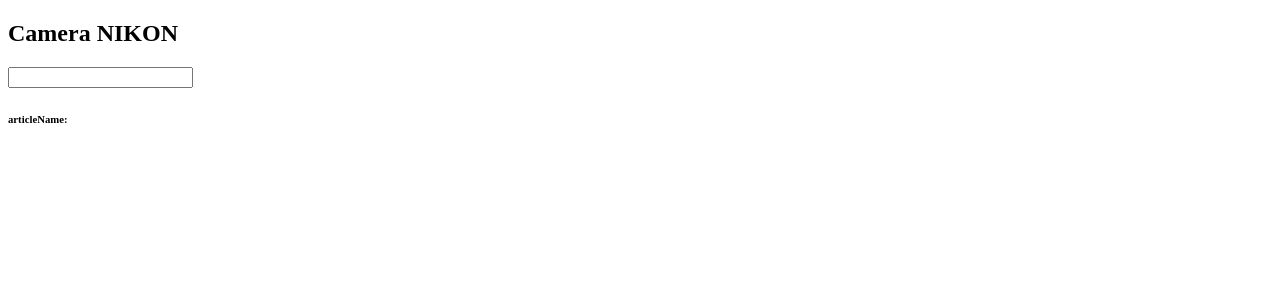
Repository: FS-23/react-get-started-demos
Page: /
An editor plug-in stored every save of this project. The page is shown before and after the next save, followed by the edit.
The browser window is 1280 px wide. The pictures show the whole page.
The project was rebuilt for these pictures with package versions that can differ from the ones it lists, and the page was loaded fresh each time. Also part of the build but not shown: src/pages/Home.js, src/pages/Contact.js.

Above is the page before, as saved 2022-04-28 11:48:14.

### src/App.js

import './css/index.css'
import Home from './pages/Home.js'
import Contact from './pages/Contact'
import TaskList from './components/TaskList'
import Counter from './components/Counter'

import Artcle from './components/Article'
function App() {

  return (
    <div >
         {/* <Home title="Home page 1"  username="Youssef" />
         <Home title="Home page 2" /> */}

         <div style={{display: 'none'}}>
          <TaskList style={{display: 'none'}} />
          <Counter />
         </div>

         <Artcle title="Camera NIKON"/>
         {/* <Artcle title="PC HP"/>
         <Artcle title="Souris"/>  */}

    </div>
  );
}



export default App;

### src/css/index.css
.bg-danger {
    background-color: brown;
}

### src/components/TaskList.js
import TaskItem from "./TaskItem"
function TaskList(){

    let list = [
        {id: 1 ,color:"green" , title: "Learn reactJs" , description: "Learn reactJs documentation"},
        {id: 2 ,color: "blue", title: "Learn PHP" , description: "Learn PHP documentation"},
        {id: 3 , title:  "Learn Laravel" , color:"red", description: "Learn Laravel documentation"},
    ]

    return (
         <div>
             <h4>------------ Tasks list -----------------</h4>
             {list.map((task , index) => <TaskItem task_element = {task} key={index}/>)}
         </div>
    )
}

export default TaskList

### src/components/Counter.js
import {useState} from 'react'
function Counter (props){
    let  [count , setCount] = useState(0)
    const [bgColor , setBgColor] = useState('grey')

    function hundleOnClick(){
        let count1 = count + 1
        setCount(count1)
        if(count1 >= 10) setBgColor('green')
        if(count1 >= 20) setBgColor('orange')
    }
    console.log('userState 1',  useState(78))

    // setTimeout( function(){
    //     setCount(10)
    //     console.log('count:', count)
    // },3000)


    return (
        <>
           <div>---------- counter component ----------</div>
           <div onClick={hundleOnClick} style={{width: '500px', height: "100px", backgroundColor: bgColor}}>
                <h2>{count} click</h2>

                 <h6>Click me</h6>
           </div>
        </>
    )
}

export default Counter

### src/components/Article.js

import { useState } from 'react'
function Article(props){
    let [articleName , setArtcleName] = useState('')
    console.log('article props:', props)

    function handleOnChange(event){
        console.log('value:', event.target.value)

        setArtcleName( event.target.value)
    }
    return (
       <>
                <h2>
                    {props.title}
                </h2>
                <div>
                   <input type="text" onChange={handleOnChange } />
                   <h6> articleName:  {articleName}</h6>
                </div>

       </>
    )
}

export default Article

### src/components/TaskItem.js
function TaskItem (props){
    console.log('props:', props)
    return(
        <div className="bg-danger" style={{backgroundColor: props.task_element.color}}>

            <h1>{props.task_element.title}</h1>
            <p>{props.task_element.description}</p>
        </div>
    )
}

export default TaskItem

Loaded but not shown: public/index.html (common file); src/index.js (common file)

After the next save:
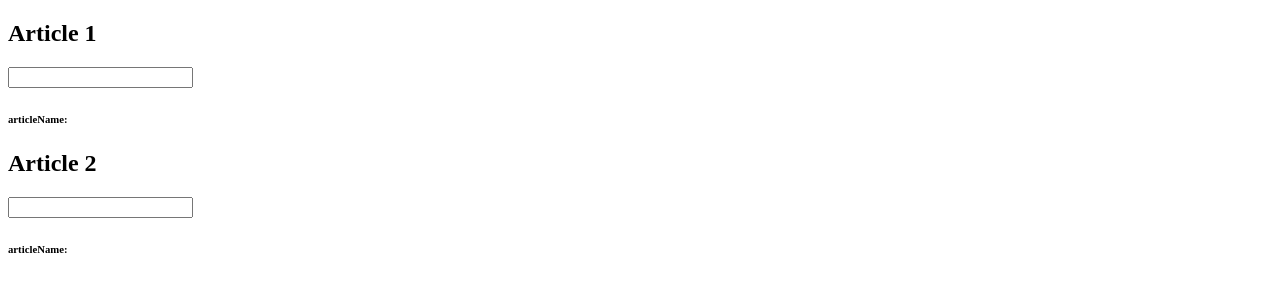
Saved 25 s later.
--- a/src/App.js
+++ b/src/App.js
@@ -18,7 +18,8 @@
           <Counter />
          </div>
 
-         <Artcle title="Camera NIKON"/>
+         <Artcle title="Article 1"/>
+         <Artcle title="Article 2"/>
          {/* <Artcle title="PC HP"/>
          <Artcle title="Souris"/>  */}
 
